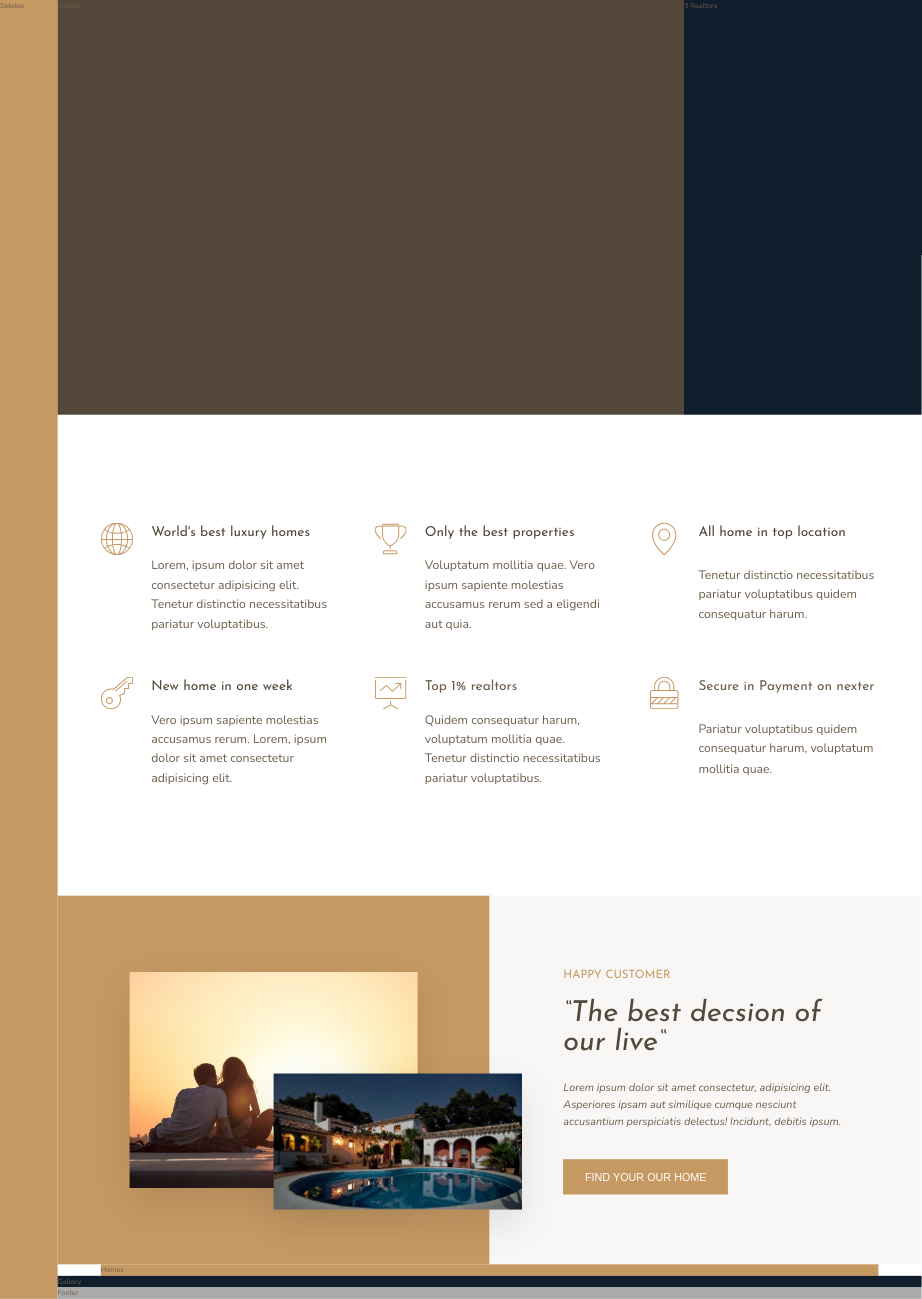
Repository: m2pd/your-home
Page: index.html
An editor plug-in stored every save of this project. The page is shown before and after the next save, followed by the edit.
The browser window is 1280 px wide. The pictures show the whole page, at 72% of full size.
The style sheet was rebuilt from its Sass, Less or Tailwind sources for each picture, by a compiler version that may differ from the author's.

Above is the page before, as saved 2020-03-05 11:23:05.

### index.html
<!DOCTYPE html>
<html lang="en">
    <head>
        <meta charset="UTF-8">
        <meta name="viewport" content="width=device-width, initial-scale=1.0">
        <meta http-equiv="X-UA-Compatible" content="ie=edge">

        <link href="https://fonts.googleapis.com/css?family=Josefin+Sans:300,400,400i|Nunito:300,300i" rel="stylesheet">
        <link rel="stylesheet" href="css/style.css">
        <link rel="shortcut icon" type="image/png" href="img/favicon.png">

        <title>nexter &mdash; your home, your freedom</title>
    </head>
    <body class="container">

        <div class="sidebar">
            Sidebar
        </div>

        <header class="header">
            Header
        </header>

        <div class="realtors">
            3 Realtors
        </div>

        <div class="features">
            <div class="feature feature-1">
                <svg class="feature__icon">
                    <use xlink:href="img/sprite.svg#icon-global"></use>
                </svg>
                <h4 class="heading-4 heading-4--dark">World's best luxury homes</h4>
                <p class="feature__text">
                    Lorem, ipsum dolor sit amet consectetur adipisicing elit. Tenetur distinctio necessitatibus pariatur voluptatibus.
                </p>
            </div>

            <div class="feature feature-2">
                <svg class="feature__icon">
                    <use xlink:href="img/sprite.svg#icon-trophy"></use>
                </svg>
                <h4 class="heading-4 heading-4--dark">Only the best properties</h4>
                <p class="feature__text">
                    Voluptatum mollitia quae. Vero ipsum sapiente molestias accusamus rerum sed a eligendi aut quia.
                </p>
            </div>

            <div class="feature feature-3">
                <svg class="feature__icon">
                    <use xlink:href="img/sprite.svg#icon-map-pin"></use>
                </svg>
                <h4 class="heading-4 heading-4--dark">All home in top location</h4>
                <p class="feature__text">
                    Tenetur distinctio necessitatibus pariatur voluptatibus quidem consequatur harum.
                </p>
            </div>

            <div class="feature feature-4">
                <svg class="feature__icon">
                    <use xlink:href="img/sprite.svg#icon-key"></use>
                </svg>
                <h4 class="heading-4 heading-4--dark">New home in one week</h4>
                <p class="feature__text">
                    Vero ipsum sapiente molestias accusamus rerum. Lorem, ipsum dolor sit amet consectetur adipisicing elit.
                </p>
            </div>

            <div class="feature feature-5">
                <svg class="feature__icon">
                    <use xlink:href="img/sprite.svg#icon-presentation"></use>
                </svg>
                <h4 class="heading-4">Top 1% realtors</h4>
                <p class="feature__text">
                    Quidem consequatur harum, voluptatum mollitia quae. Tenetur distinctio necessitatibus pariatur voluptatibus.
                </p>
            </div>

            <div class="feature feature-6">
                <svg class="feature__icon">
                    <use xlink:href="img/sprite.svg#icon-lock"></use>
                </svg>
                <h4 class="heading-4">Secure in Payment on nexter</h4>
                <p class="feature__text">
                    Pariatur voluptatibus quidem consequatur harum, voluptatum mollitia quae.
                </p>
            </div>
        </div>

        <div class="story__pictures">
            <img src="img/story-1.jpeg" alt="Couple with new house" class="story__img--1">
            <img src="img/story-2.jpeg" alt="New house" class="story__img--2">
        </div>

        <div class="story__content">
            <h3 class="heading-3 mb-sm">Happy Customer</h3>
            <h2 class="heading-2 heading-2--dark mb-md">&ldquo;The best decsion of our live&ldquo;</h2>
            <div class="story__text">
                Lorem ipsum dolor sit amet consectetur, adipisicing elit. Asperiores ipsam aut similique cumque nesciunt accusantium perspiciatis delectus! Incidunt, debitis ipsum.
            </div>
            <button class="btn">Find your our home</button>
        </div>

        <section class="homes">
            Homes
        </section>

        <section class="gallery">
            Gallery
        </section>

        <footer class="footer">
            Footer
        </footer>

    </body>
</html>

### sass/_base.scss
// COLOR VARIABLES
$color-primary: #c69963;
$color-primary-dark: #B28451;

$color-secondary: #101d2c;

$color-grey-light-1: #f9f7f6;
$color-grey-light-2: #aaa;

$color-grey-dark-1: #54483A;
$color-grey-dark-2: #6D5D4B;

// FONT VARIABLES
$font-primary: 'Nunito', sans-serif;
$font-display: 'Josefin Sans', sans-serif;


*,
*::before,
*::after{
    margin:0;
    padding:0;
    box-sizing: inherit;
}

html{
    font-size:62.5%;
    box-sizing: border-box;
}

body{
    font-family: $font-primary;
    color: $color-grey-dark-2;
    font-weight: 300;
    line-height: 1.6;
}

.container{
    display: grid;
    grid-template-rows: 80vh min-content 40vw repeat(3, min-content);
    grid-template-columns:[sidebar-start] 8rem [sidebar-end full-start] minmax(6rem, 1fr) [center-start] repeat(8, [col-start] minmax(min-content, 14rem) [col-end]) [center-end] minmax(6rem, 1fr) [full-end];

}

### sass/_typography.scss
%heading {
  font-family: $font-display;
  font-weight: 400;
}

.heading-1 {
  @extend %heading;
}

.heading-2 {
  @extend %heading;
  font-size: 4rem;
  font-style: italic;
  line-height: 1;

  &--light{ color: $color-grey-light-1;}
  &--dark{ color: $color-grey-dark-1;}
}

.heading-3 {
  @extend %heading;

  font-size: 1.6rem;
  color: $color-primary;
  text-transform: uppercase;

}

.heading-4 {
  @extend %heading;
  font-size: 1.9rem;

  &--light{ color: $color-grey-light-1;}
  &--dark{ color: $color-grey-dark-1;}

}

.btn{
    background-color: $color-primary;
    color: #fff;
    font-size: 1.5rem;
    border: none;
    border-radius: none;
    padding: 1.6rem  3rem;
    text-transform: uppercase;
    cursor: pointer;
    transition: all .2s;

    &:hover{
      background-color: $color-primary-dark;
    }
}

.mb-sm{ margin-bottom: 2rem; }
.mb-md{ margin-bottom: 3rem; }
.mb-lg{ margin-bottom: 4rem; }
.mb-hg{ margin-bottom: 8rem; }

### sass/_features.scss
.features{
    grid-column: center-start /  center-end;

    margin: 15rem 0;
    display: grid;
    // grid-template-columns: repeat(3, 1fr);
    grid-template-columns: repeat(auto-fit, minmax(25rem, 1fr));
    grid-gap: 6rem;
}

.feature{
    display: grid;
    grid-template-columns: min-content 1fr;
    grid-column-gap: 2.5rem;
    grid-row-gap: 1.5rem;

    align-items: start;

    &__icon{
        fill: $color-primary;
        width:4.5rem;
        height:4.5rem;

        grid-row: 1 / span 2;
    }

    &__text{
        font-size: 1.7rem;
    }
}

### sass/_story.scss
.story{
    &__pictures{
        background-color: $color-primary;
        grid-column: full-start / col-end 4;
        background-image:linear-gradient(($color-primary,.5),($color-primary, .5)), url(../img/back.jpg);

        display: grid;
        grid-template-columns: repeat(6, 1fr);
        grid-template-rows: repeat(6, 1fr);
        align-items:center ;
    }

    &__img--1{
        width: 100%;
        grid-column: 2 / 6;
        grid-row: 2 / 6;
        box-shadow: 0 2rem 5rem rgba(#000, .1);
    }

    &__img--2{
        width: 115%;
        grid-column: 4 / 7;
        grid-row: 4 / 6;
        z-index: 20;
        box-shadow: 0 2rem 5rem rgba(#000, .1);

    }

    &__content{
        background-color: $color-grey-light-1;
        grid-column: col-start 5 / full-end;

        padding: 6rem 8vw;

        // display: flex;
        // flex-direction: column;
        // justify-content: center;
        // align-items: flex-start;

        display: grid;
        align-content: center;
        justify-items: start;
    }

    &__text{
        font-size: 1.5rem;
        font-style: italic;
        margin-bottom: 4rem;


    }
}

### sass/_homes.scss
.homes{
    background-color: $color-primary;
    grid-column: center-start / center-end;
}

### sass/_gallery.scss
.gallery{
    background-color: $color-secondary;
    grid-column: full-start / full-end;
}

### sass/_footer.scss
.footer{
    background-color: $color-grey-light-2;
    grid-column: full-start / full-end;
}

Loaded but not shown: sass/main.scss (common file); sass/_sidebar.scss (common file); sass/_header.scss (common file); sass/_realtors.scss (common file)

After the next save:
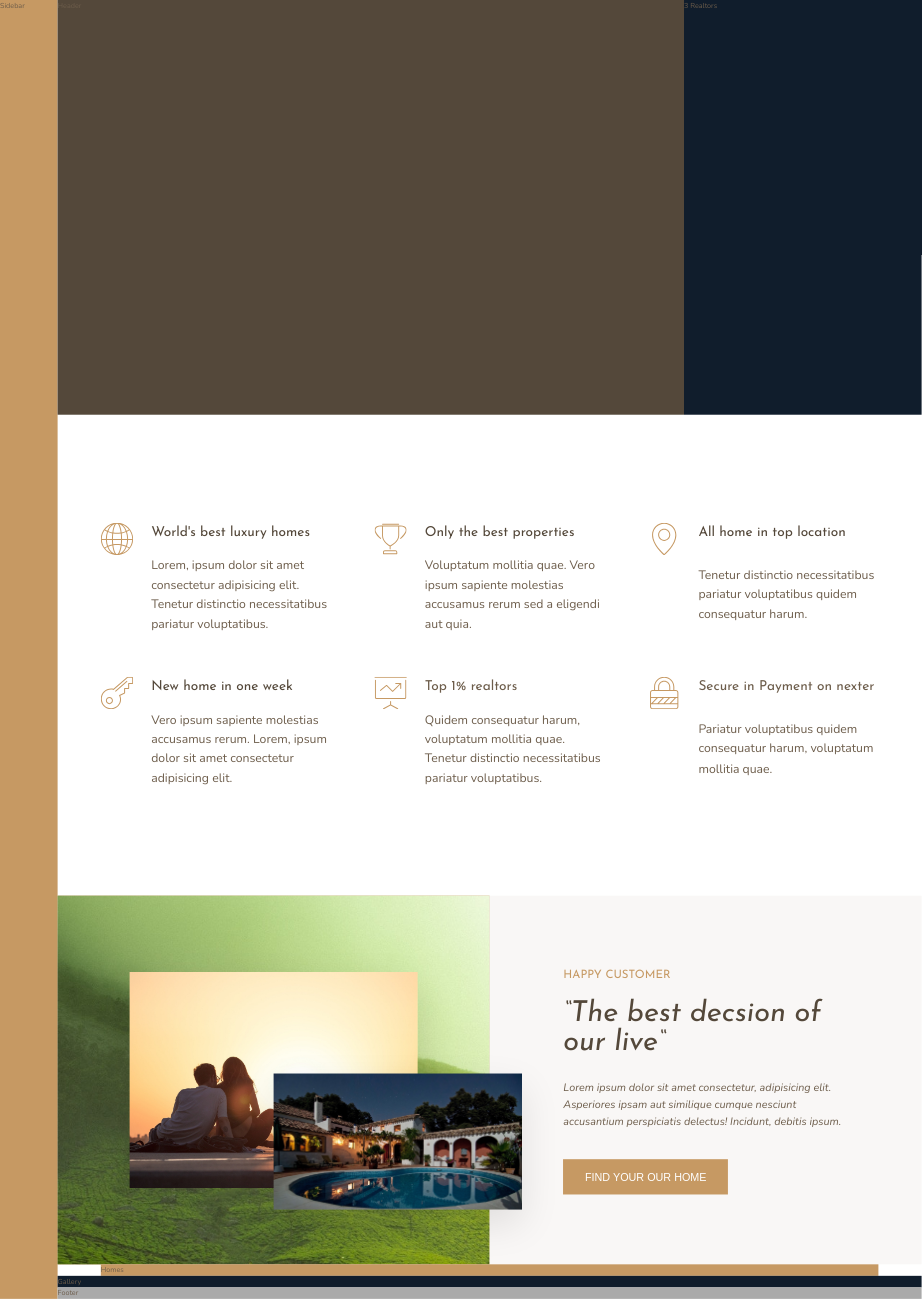
Saved 10 s later.
--- a/sass/_story.scss
+++ b/sass/_story.scss
@@ -2,7 +2,7 @@
     &__pictures{
         background-color: $color-primary;
         grid-column: full-start / col-end 4;
-        background-image:linear-gradient(($color-primary,.5),($color-primary, .5)), url(../img/back.jpg);
+        background-image: url(../img/back.jpg);
 
         display: grid;
         grid-template-columns: repeat(6, 1fr);
